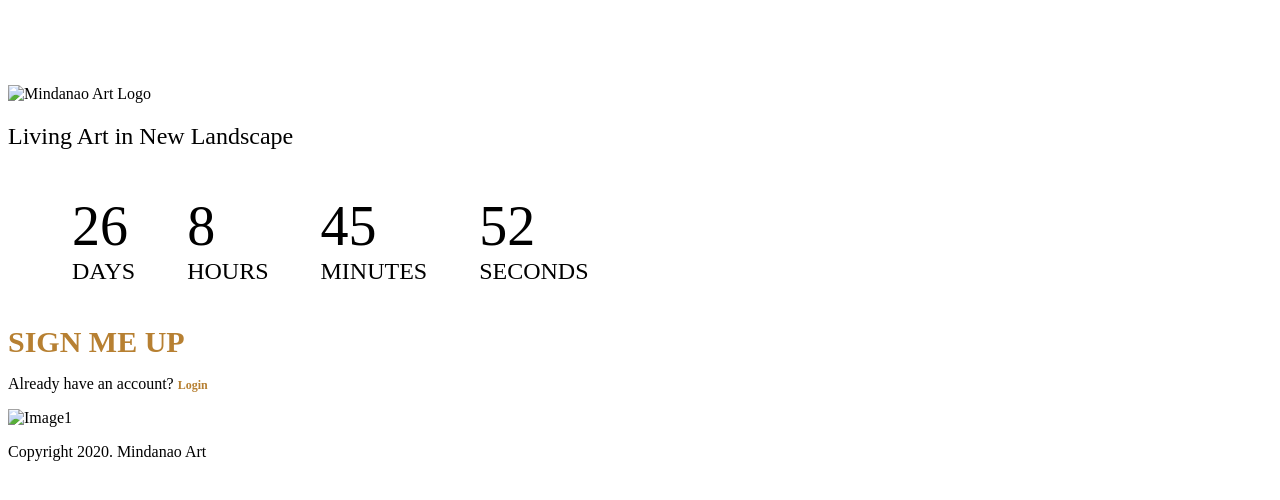
Repository: KleKlai/project-exodus
Page: http://localhost/
The author's editor kept a copy of each file at every save. The page is drawn from the files as they stood at one save, then again after the next save.
The browser window is 1280 px wide. The pictures show the whole page.
The page is served by the project's Laravel application, run on PHP 8.4 with Laravel 8. Other server files are loaded and not shown.

Above is the page before, as saved 2020-09-28 19:50:05.

### app/Model/Art.php
<?php

namespace App\Model;

use Spatie\Activitylog\Traits\LogsActivity;
use Illuminate\Database\Eloquent\SoftDeletes;
use Illuminate\Database\Eloquent\Model;
use Webpatser\Uuid\Uuid;
use Auth;


class Art extends Model
{
    use SoftDeletes, LogsActivity;

    protected $guarded = [
        'uuid', 'id', 'created_at', 'updated_at'
    ];

    /**
     * For Activity Log settings
     *
     */
    protected static $logName = 'Art';
    protected static $logUnguarded = true;
    protected static $submitEmptyLogs = false;
    protected static $recordEvents = ['created', 'updated', 'deleted'];

    public function getDescriptionForEvent(string $eventName): string
    {
        return Auth::user()->name . " {$eventName} art successfully";
    }


    public static function boot()
    {
        parent::boot();
        self::creating(function ($model) {
            $model->uuid = (string) Uuid::generate(4);
        });
    }

    /**
     * Get the route key for the model.
     *
     * @return string
     */
    public function getRouteKeyName()
    {
        return 'uuid';
    }

    protected $casts = [
        'tag' => 'array'
    ];

    public function user()
    {
        return $this->belongsTo('App\User');
    }

    public function watch()
    {
        return $this->hasMany('App\Model\Art\Watch');
    }
}

### app/Model/Art/Category.php
<?php

namespace App\Model\Art;

use Illuminate\Database\Eloquent\Model;
use Spatie\Activitylog\Traits\LogsActivity;

class Category extends Model
{
    use LogsActivity;

    protected $fillable = ['name', 'description'];

    /**
     * For Activity Log settings
     *
     */
    protected static $logName = 'System';
    protected static $logUnguarded = true;
    protected static $submitEmptyLogs = false;
    protected static $recordEvents = ['created', 'updated', 'deleted'];

    public function getDescriptionForEvent(string $eventName): string
    {
        return "Art category component {$eventName} successfully";
    }
}

### app/Model/Art/Material.php
<?php

namespace App\Model\Art;

use Illuminate\Database\Eloquent\Model;
use Spatie\Activitylog\Traits\LogsActivity;

class Material extends Model
{
    use LogsActivity;

    protected $fillable = ['name', 'description'];

    /**
     * For Activity Log settings
     *
     */
    protected static $logName = 'System';
    protected static $submitEmptyLogs = false;
    protected static $recordEvents = ['created', 'deleted'];

    public function getDescriptionForEvent(string $eventName): string
    {
        return "Art material component {$eventName} successfully";
    }
}

### app/Observers/Art/MaterialObserver.php
<?php

namespace App\Observers\Art;

use App\Model\Art\Material;
use Auth;

class MaterialObserver
{
    /**
     * Handle the material "created" event.
     *
     * @param  \App\Model\Art\Material  $material
     * @return void
     */
    public function created(Material $material)
    {
        activity('Art Component')
            ->causedBy(Auth::user()->id)
            ->withProperties(['name' => $material->name])
            ->log('Art material component created successfully.');
    }

    /**
     * Handle the material "updated" event.
     *
     * @param  \App\Model\Art\Material  $material
     * @return void
     */
    public function updated(Material $material)
    {
        //
    }

    /**
     * Handle the material "deleted" event.
     *
     * @param  \App\Model\Art\Material  $material
     * @return void
     */
    public function deleted(Material $material)
    {
        activity('Art Component')
            ->causedBy(Auth::user()->id)
            ->withProperties(['name' => $material->name])
            ->log('Art material component deleted successfully.');
    }

    /**
     * Handle the material "restored" event.
     *
     * @param  \App\Model\Art\Material  $material
     * @return void
     */
    public function restored(Material $material)
    {
        //
    }

    /**
     * Handle the material "force deleted" event.
     *
     * @param  \App\Model\Art\Material  $material
     * @return void
     */
    public function forceDeleted(Material $material)
    {
        //
    }
}

### app/Model/Art/Medium.php
<?php

namespace App\Model\Art;

use Illuminate\Database\Eloquent\Model;
use Spatie\Activitylog\Traits\LogsActivity;

class Medium extends Model
{
    use LogsActivity;

    protected $fillable = ['name', 'description'];

    /**
     * For Activity Log settings
     *
     */
    protected static $logName = 'System';
    protected static $submitEmptyLogs = false;
    protected static $recordEvents = ['created', 'deleted'];

    public function getDescriptionForEvent(string $eventName): string
    {
        return "Art medium component {$eventName} successfully";
    }
}

### app/Observers/Art/MediumObserver.php
<?php

namespace App\Observers\Art;

use App\Model\Art\Medium;
use Auth;

class MediumObserver
{
    /**
     * Handle the medium "created" event.
     *
     * @param  \App\Model\Art\Medium  $medium
     * @return void
     */
    public function created(Medium $medium)
    {
        activity('Art Component')
            ->causedBy(Auth::user()->id)
            ->withProperties(['name' => $medium->name])
            ->log('Art medium component created successfully.');
    }

    /**
     * Handle the medium "updated" event.
     *
     * @param  \App\Model\Art\Medium  $medium
     * @return void
     */
    public function updated(Medium $medium)
    {
        //
    }

    /**
     * Handle the medium "deleted" event.
     *
     * @param  \App\Model\Art\Medium  $medium
     * @return void
     */
    public function deleted(Medium $medium)
    {
        activity('Art Component')
            ->causedBy(Auth::user()->id)
            ->withProperties(['name' => $medium->name])
            ->log('Art medium component deleted successfully.');
    }

    /**
     * Handle the medium "restored" event.
     *
     * @param  \App\Model\Art\Medium  $medium
     * @return void
     */
    public function restored(Medium $medium)
    {
        //
    }

    /**
     * Handle the medium "force deleted" event.
     *
     * @param  \App\Model\Art\Medium  $medium
     * @return void
     */
    public function forceDeleted(Medium $medium)
    {
        //
    }
}

### app/Model/Art/Size.php
<?php

namespace App\Model\Art;

use Illuminate\Database\Eloquent\Model;
use Spatie\Activitylog\Traits\LogsActivity;

class Size extends Model
{
    use LogsActivity;

    protected $fillable = ['name', 'description'];

    /**
     * For Activity Log settings
     *
     */
    protected static $logName = 'System';
    protected static $submitEmptyLogs = false;
    protected static $recordEvents = ['created', 'deleted'];

    public function getDescriptionForEvent(string $eventName): string
    {
        return "Art size component {$eventName} successfully";
    }
}

### app/Observers/Art/SizeObserver.php
<?php

namespace App\Observers\Art;

use App\Model\Art\Size;
use Auth;

class SizeObserver
{
    /**
     * Handle the size "created" event.
     *
     * @param  \App\Model\Art\Size  $size
     * @return void
     */
    public function created(Size $size)
    {
        activity('Art Component')
            ->causedBy(Auth::user()->id)
            ->withProperties(['name' => $size->name])
            ->log('Art size component created successfully.');
    }

    /**
     * Handle the size "updated" event.
     *
     * @param  \App\Model\Art\Size  $size
     * @return void
     */
    public function updated(Size $size)
    {
        //
    }

    /**
     * Handle the size "deleted" event.
     *
     * @param  \App\Model\Art\Size  $size
     * @return void
     */
    public function deleted(Size $size)
    {
        activity('Art Component')
            ->causedBy(Auth::user()->id)
            ->withProperties(['name' => $size->name])
            ->log('Art size component deleted successfully.');
    }

    /**
     * Handle the size "restored" event.
     *
     * @param  \App\Model\Art\Size  $size
     * @return void
     */
    public function restored(Size $size)
    {
        //
    }

    /**
     * Handle the size "force deleted" event.
     *
     * @param  \App\Model\Art\Size  $size
     * @return void
     */
    public function forceDeleted(Size $size)
    {
        //
    }
}

### app/Model/Art/Style.php
<?php

namespace App\Model\Art;

use Illuminate\Database\Eloquent\Model;
use Spatie\Activitylog\Traits\LogsActivity;

class Style extends Model
{
    use LogsActivity;

    protected $fillable = ['name', 'description'];

    /**
     * For Activity Log settings
     *
     */
    protected static $logName = 'System';
    protected static $submitEmptyLogs = false;
    protected static $recordEvents = ['created', 'deleted'];

    public function getDescriptionForEvent(string $eventName): string
    {
        return "Art style component {$eventName} successfully";
    }
}

### app/Observers/Art/StyleObserver.php
<?php

namespace App\Observers\Art;

use App\Model\Art\Style;
use Auth;

class StyleObserver
{
    /**
     * Handle the style "created" event.
     *
     * @param  \App\Model\Art\Style  $style
     * @return void
     */
    public function created(Style $style)
    {
        activity('Art Component')
            ->causedBy(Auth::user()->id)
            ->withProperties(['name' => $style->name])
            ->log('Art style component created successfully.');
    }

    /**
     * Handle the style "updated" event.
     *
     * @param  \App\Model\Art\Style  $style
     * @return void
     */
    public function updated(Style $style)
    {
        //
    }

    /**
     * Handle the style "deleted" event.
     *
     * @param  \App\Model\Art\Style  $style
     * @return void
     */
    public function deleted(Style $style)
    {
        activity('Art Component')
            ->causedBy(Auth::user()->id)
            ->withProperties(['name' => $style->name])
            ->log('Art style component deleted successfully.');
    }

    /**
     * Handle the style "restored" event.
     *
     * @param  \App\Model\Art\Style  $style
     * @return void
     */
    public function restored(Style $style)
    {
        //
    }

    /**
     * Handle the style "force deleted" event.
     *
     * @param  \App\Model\Art\Style  $style
     * @return void
     */
    public function forceDeleted(Style $style)
    {
        //
    }
}

### app/Model/Art/Subject.php
<?php

namespace App\Model\Art;

use Illuminate\Database\Eloquent\Model;
use Spatie\Activitylog\Traits\LogsActivity;

class Subject extends Model
{
    use LogsActivity;

    protected $fillable = ['name', 'description'];

    /**
     * For Activity Log settings
     *
     */
    protected static $logName = 'System';
    protected static $submitEmptyLogs = false;
    protected static $recordEvents = ['created', 'deleted'];

    public function getDescriptionForEvent(string $eventName): string
    {
        return "Art subject component {$eventName} successfully";
    }
}

### app/Observers/Art/SubjectObserver.php
<?php

namespace App\Observers\Art;

use App\Model\Art\Subject;

use Auth;

class SubjectObserver
{
    /**
     * Handle the subject "created" event.
     *
     * @param  \App\Model\Art\Subject  $subject
     * @return void
     */
    public function created(Subject $subject)
    {
        activity('Art Component')
            ->causedBy(Auth::user()->id)
            ->withProperties(['name' => $subject->name])
            ->log('Art subject component created successfully.');
    }

    /**
     * Handle the subject "updated" event.
     *
     * @param  \App\Model\Art\Subject  $subject
     * @return void
     */
    public function updated(Subject $subject)
    {
        //
    }

    /**
     * Handle the subject "deleted" event.
     *
     * @param  \App\Model\Art\Subject  $subject
     * @return void
     */
    public function deleted(Subject $subject)
    {
        activity('Art Component')
            ->causedBy(Auth::user()->id)
            ->withProperties(['name' => $subject->name])
            ->log('Art subject component deleted successfully.');
    }

    /**
     * Handle the subject "restored" event.
     *
     * @param  \App\Model\Art\Subject  $subject
     * @return void
     */
    public function restored(Subject $subject)
    {
        //
    }

    /**
     * Handle the subject "force deleted" event.
     *
     * @param  \App\Model\Art\Subject  $subject
     * @return void
     */
    public function forceDeleted(Subject $subject)
    {
        //
    }
}

### app/Model/Support/Ticket.php
<?php

namespace App\Model\Support;

use Spatie\Activitylog\Traits\LogsActivity;
use Illuminate\Database\Eloquent\Model;
use Webpatser\Uuid\Uuid;
use Auth;

class Ticket extends Model
{
    use LogsActivity;

    protected $guarded = [
        'id', 'uuid', 'created_at', 'updated_at'
    ];

    /**
     * For Activity Log settings
     *
     */
    protected static $logName = 'Support Ticket';
    protected static $logUnguarded = true;
    protected static $submitEmptyLogs = false;
    protected static $recordEvents = ['created', 'updated', 'deleted'];

    public static function boot()
    {
        parent::boot();
        self::creating(function ($model) {
            $model->uuid = (string) Uuid::generate(4);
        });
    }

    /**
     * Get the route key for the model.
     *
     * @return string
     */
    public function getRouteKeyName()
    {
        return 'uuid';
    }

    public function user()
    {
        return $this->belongsTo('App\User');
    }
}

### resources/views/welcome.blade.php
<!DOCTYPE html>
<html lang="{{ str_replace('_', '-', app()->getLocale()) }}">
    <head>
        <meta charset="utf-8">
        <meta name="viewport" content="width=device-width, initial-scale=1">

        <title>Laravel</title>

        <!-- Fonts -->
        <link href="https://fonts.googleapis.com/css?family=Nunito:200,600" rel="stylesheet">

        <!-- Styles -->
        <style>
            * {
                font-family: 'Montserrat';
            }

            body {
                background-color: white;
            }

            #pattern {
                margin-top: 17px;
                width: 100%;
                background: url('/images/spattern.png');
                background-repeat: repeat;
                background-size: 34px 27px;
            }

            .picture {
                width: 100%;
            }

            .small {
                margin-top: 50px;
                display: none;
            }

            .wide {
                margin-top: 50px;
            }

            .column{
                color: #b78032;
                font-size: 35px;
            }

            #root {
                display: grid;
                justify-items: center;
                grid-template-columns: 100px 10px 100px 10px 100px 10px 100px;
                grid-template-areas:
                    "day column1 hour column2 minute column3 second"
                    "dayl . hourl . minutel . secondl";
            }

            h1, h2 {
                font-weight: 300 !important;
            }

            .day { grid-area: day; font-size: 50px;}
            .hour { grid-area: hour; font-size: 50px;}
            .minute { grid-area: minute; font-size: 50px;}
            .second { grid-area: second; font-size: 50px;}
            .dayl { grid-area: dayl;}
            .hourl { grid-area: hourl;}
            .minutel { grid-area: minutel;}
            .secondl { grid-area: secondl;}

            .link {
                font-size: 30px;
                text-decoration: none;
                color: #b78032;
                font-weight: bold;
            }

            .link:hover{
                text-decoration: none;
                color: #5e4119;
            }

            li {
                display: inline-block;
                font-size: 1.5em;
                list-style-type: none;
                padding: 1em;
                text-transform: uppercase;
            }

            li span {
                display: block;
                font-size: 3.5rem;
            }

            @media all and (max-width: 800px) {
                h1 {
                    font-size: 1.5rem;
                }

                li {
                    font-size: 1.125rem;
                }

                li span {
                    font-size: 3.375rem;
                }
            }

            /* @media (max-width: 992px) {
                #root {
                    display: grid;
                    justify-items: center;
                    grid-template-columns: 30px 10px 30px 10px 30px 10px 30px;
                    grid-template-areas:
                        "day column1 hour column2 minute column3 second"
                        "dayl . hourl . minutel . secondl";
                }

                .day { grid-area: day; font-size: 25px; margin: 0;}
                .hour { grid-area: hour; font-size: 25px; margin: 0;}
                .minute { grid-area: minute; font-size: 25px; margin: 0;}
                .second { grid-area: second; font-size: 25px; margin: 0;}
                .dayl { grid-area: dayl; font-size: 10px; margin: 0;}
                .hourl { grid-area: hourl; font-size: 10px; margin: 0;}
                .minutel { grid-area: minutel; font-size: 10px; margin: 0;}
                .secondl { grid-area: secondl; font-size: 10px; margin: 0;}

                .column{
                    color: #b78032;
                    font-size: 15px;
                    margin: 0;
                }

                .link {
                    font-size: 20px;
                }

                .small {
                    margin-top: 50px;
                    display: block;
                }

                .wide {
                    margin-top: 50px;
                    display: none;
                }

                .footer {
                    margin-top: 50px;
                }
            } */
        </style>
        <!-- <style>
            html, body {
                background-color: #fff;
                color: #636b6f;
                font-family: 'Nunito', sans-serif;
                font-weight: 200;
                height: 100vh;
                margin: 0;
            }

            .full-height {
                height: 100vh;
            }

            .flex-center {
                align-items: center;
                display: flex;
                justify-content: center;
            }

            .position-ref {
                position: relative;
            }

            .top-right {
                position: absolute;
                right: 10px;
                top: 18px;
            }

            .content {
                text-align: center;
            }

            .title {
                font-size: 84px;
            }

            .links > a {
                color: #636b6f;
                padding: 0 25px;
                font-size: 13px;
                font-weight: 600;
                letter-spacing: .1rem;
                text-decoration: none;
                text-transform: uppercase;
            }

            .m-b-md {
                margin-bottom: 30px;
            }
        </style> -->
    </head>
    <body>

        <div class="container">
            <div id="pattern">
                    <img src="/images/spattern.png" alt="">
            </div>

            <!-- big screen -->
            <div class="container wide">
                <div class="row">
                    <div class="col-md">
                        <div class="container">
                            <div class="row row-cols-1">
                                <div class="col">
                                    <img src="/images/logo.png" alt="Mindanao Art Logo">
                                </div>
                                <div class="col-5">
                                    <h2>Living Art in New Landscape</h2>
                                    <ul>
                                        <li><span id="days"></span>days</li>
                                        <li><span id="hours"></span>Hours</li>
                                        <li><span id="minutes"></span>Minutes</li>
                                        <li><span id="seconds"></span>Seconds</li>
                                    </ul>
                                </div>
                                <div class="col">
                                    <a class="link" href="/register">
                                        SIGN ME UP
                                        <font-awesome-icon icon="angle-right" />
                                        <font-awesome-icon icon="angle-right" />
                                        <font-awesome-icon icon="angle-right" />
                                    </a>
                                    <p>Already have an account? <a class="link" style="font-size: 12px;" href="/login">Login</a></p>
                                    <!-- <p>To get up-to-date news</p> -->
                                </div>
                            </div>
                        </div>
                    </div>
                    <div class="col-md">
                        <img class="picture" src="/images/image1.png" alt="Image1">
                    </div>
                </div>
            </div>

            <!-- small screen -->
            <!-- <div class="container small">
                <div class="row">
                    <div class="col-3">
                        <div class="col">
                            <img src="/images/logo.png" alt="Mindanao Art Logo">
                        </div>
                    </div>
                    <div class="col">
                        <div class="container">
                            <div class="row row-cols-1">
                                <div class="col">
                                    <h2>Living Art in New Landscape</h2>
                                    <ul>
                                        <li><span id="days"></span>days</li>
                                        <li><span id="hours"></span>Hours</li>
                                        <li><span id="minutes"></span>Minutes</li>
                                        <li><span id="seconds"></span>Seconds</li>
                                    </ul>
                                </div>
                                <div class="col  py-3">
                                    <a class="link" href="/register">
                                        SIGN ME UP
                                        <font-awesome-icon icon="angle-right" />
                                        <font-awesome-icon icon="angle-right" />
                                        <font-awesome-icon icon="angle-right" />
                                    </a>
                                    <p>Already have an account? <a class="link" style="font-size: 12px;" href="/login">Login</a></p>
                                    <p>To get up-to-date news</p>
                                </div>
                                <div class="col">
                                    <img class="picture" src="/images/image1.png" alt="Image1">
                                </div>
                            </div>
                        </div>
                    </div>
                </div>
            </div> -->

            <div class="container footer">
                <p>Copyright 2020. Mindanao Art</p>
            </div>
        </div>


        <script>
            const second = 1000,
                minute = second * 60,
                hour = minute * 60,
                day = hour * 24;

            let countDown = new Date('Oct 21, 2020 00:00:00').getTime(),
                x = setInterval(function() {

                let now = new Date().getTime(),
                    distance = countDown - now;

                document.getElementById('days').innerText = Math.floor(distance / (day)),
                    document.getElementById('hours').innerText = Math.floor((distance % (day)) / (hour)),
                    document.getElementById('minutes').innerText = Math.floor((distance % (hour)) / (minute)),
                    document.getElementById('seconds').innerText = Math.floor((distance % (minute)) / second);

                //do something later when date is reached
                //if (distance < 0) {
                //  clearInterval(x);
                //  'IT'S MY BIRTHDAY!;
                //}

                }, second)
        </script>






        <!-- <div class="flex-center position-ref full-height">
            @if (Route::has('login'))
                <div class="top-right links">
                    @auth
                        <a href="{{ url('/home') }}">Home</a>
                    @else
                        <a href="{{ route('login') }}">Login</a>

                        @if (Route::has('register'))
                            <a href="{{ route('register') }}">Register</a>
                        @endif
                    @endauth
                </div>
            @endif

            <div class="content">
                <div class="title m-b-md">
                    Laravel
                </div>

                <div class="links">
                    <a href="https://laravel.com/docs">Docs</a>
                    <a href="https://laracasts.com">Laracasts</a>
                    <a href="https://laravel-news.com">News</a>
                    <a href="https://blog.laravel.com">Blog</a>
                    <a href="https://nova.laravel.com">Nova</a>
                    <a href="https://forge.laravel.com">Forge</a>
                    <a href="https://vapor.laravel.com">Vapor</a>
                    <a href="https://github.com/laravel/laravel">GitHub</a>
                </div>
            </div>
        </div> -->
    </body>
</html>

Loaded but not shown: app/Http/Controllers/Auth/LoginController.php (common file); app/Http/Controllers/Controller.php (common file); app/Http/Controllers/Auth/ConfirmPasswordController.php (common file); routes/web.php (101 lines, source omitted); app/Observers/ArtObserver.php (91 lines, source omitted); app/Observers/TicketObserver.php (77 lines, source omitted); app/Observers/Art/CategoryObserver.php (70 lines, source omitted)

After the next save:
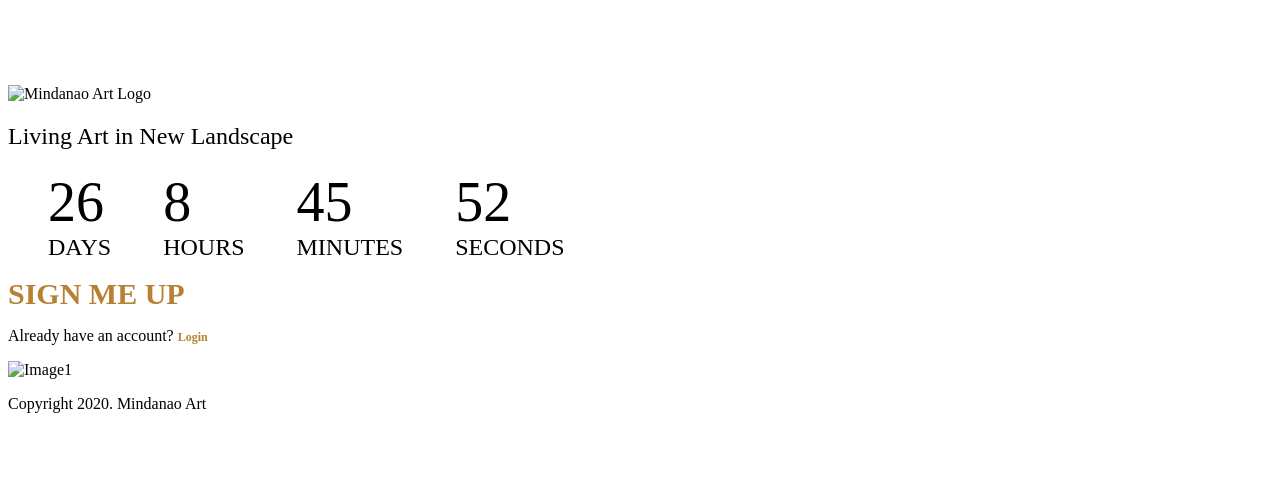
Saved 44 s later.
--- a/resources/views/welcome.blade.php
+++ b/resources/views/welcome.blade.php
@@ -83,7 +83,8 @@
                 display: inline-block;
                 font-size: 1.5em;
                 list-style-type: none;
-                padding: 1em;
+                /* padding: 1em; */
+                padding-right: 2em;
                 text-transform: uppercase;
             }
 
